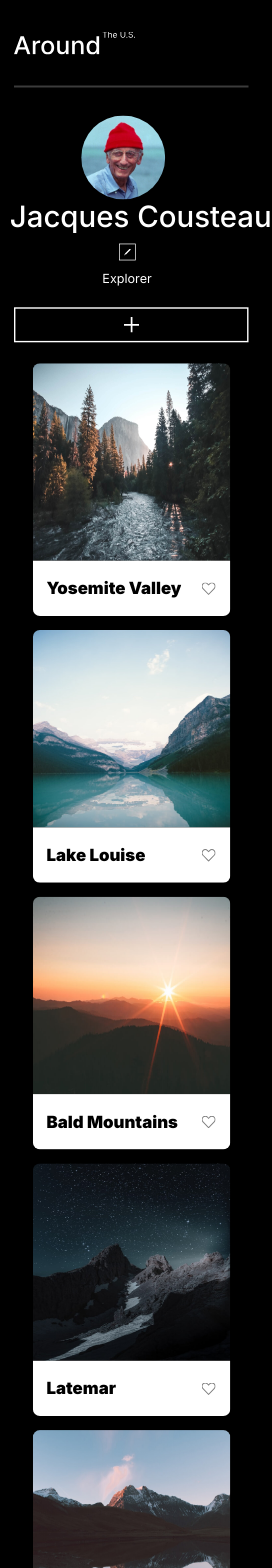
Repository: luisbaezx/se_project_aroundtheus
Page: index.html
These files come from the project's save history. The page is drawn as it stood at one moment and after the next save; the edit follows.
The browser window is 375 px wide. The page is 388 px wide, so the pictures cover 388 px, including what lies to the right of the window. The pictures show the part of the page from y = 0 to 2240 px (the page is 2906 px tall before and 2916 px after), at 70% of full size.

Above is the page before, as saved 2024-05-28 07:27:47.

After the next save:
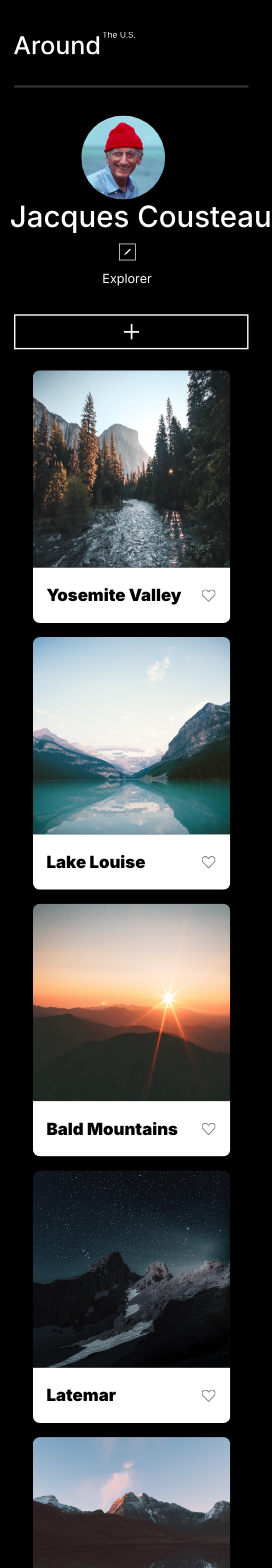
Saved 13 s later.
--- a/blocks/page.css
+++ b/blocks/page.css
@@ -198,7 +198,7 @@
   .profile__description {
     width: 100%;
     text-align: center;
-    margin-bottom: 30px;
+    margin-bottom: 40px;
   }
 
   .profile__add-button {
